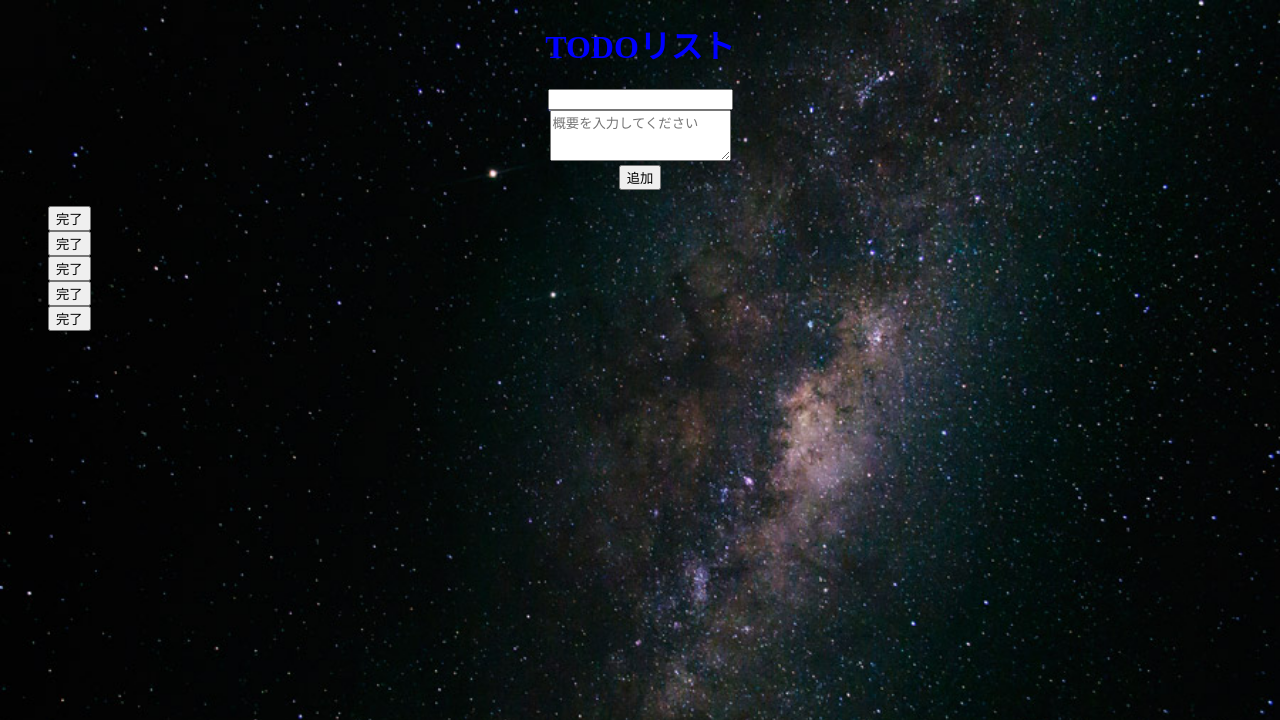
Repository: kntb2565/todolist
Page: src/index.html
These files come from the project's save history. The page is drawn as it stood at one moment and after the next save; the edit follows.
The browser window is 1280 px wide. The pictures show the whole page.

Above is the page before, as saved 2018-10-22 22:11:40.

After the next save:
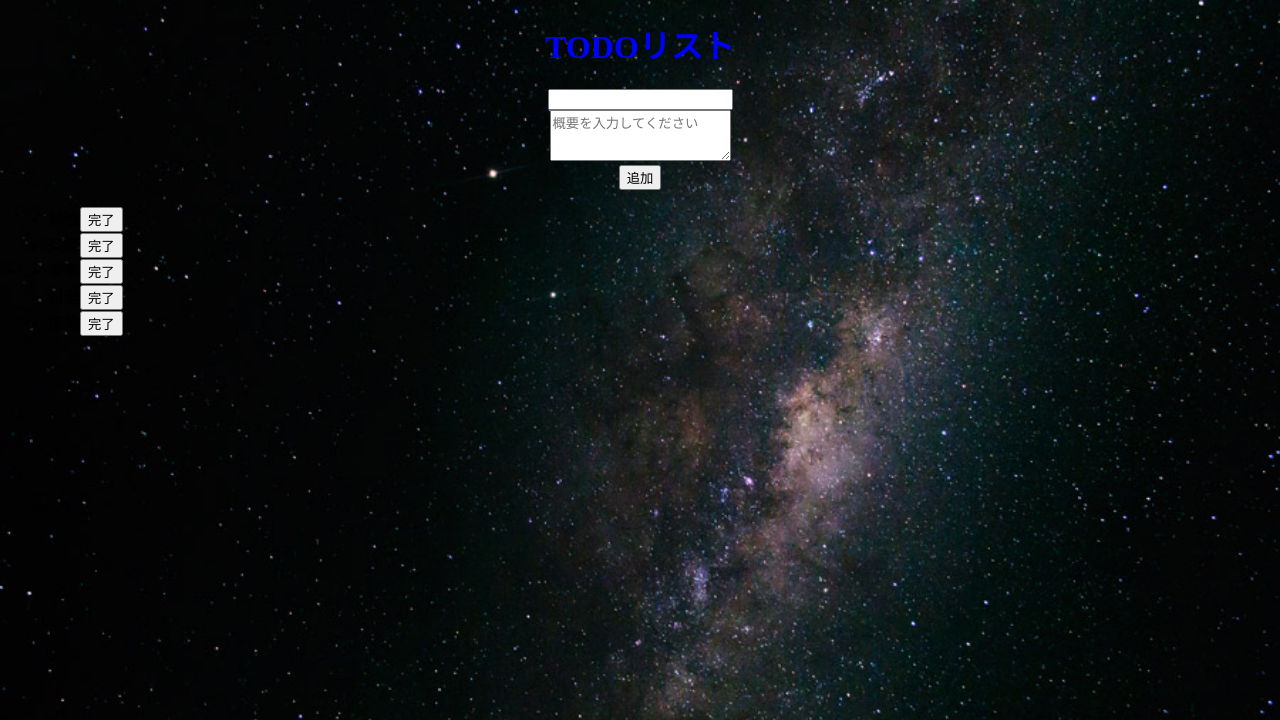
Saved 119 s later.
--- a/src/index.html
+++ b/src/index.html
@@ -23,11 +23,11 @@
 
   </div>
   <ul>
-    <li><button>完了</button></li>
-    <li><button>完了</button></li>
-    <li><button>完了</button></li>
-    <li><button>完了</button></li>
-    <li><button>完了</button></li>
+    <li>勉強<button>完了</button></li>
+    <li>英語<button>完了</button></li>
+    <li>家事<button>完了</button></li>
+    <li>料理<button>完了</button></li>
+    <li>掃除<button>完了</button></li>
 
   </ul>
 </html>
